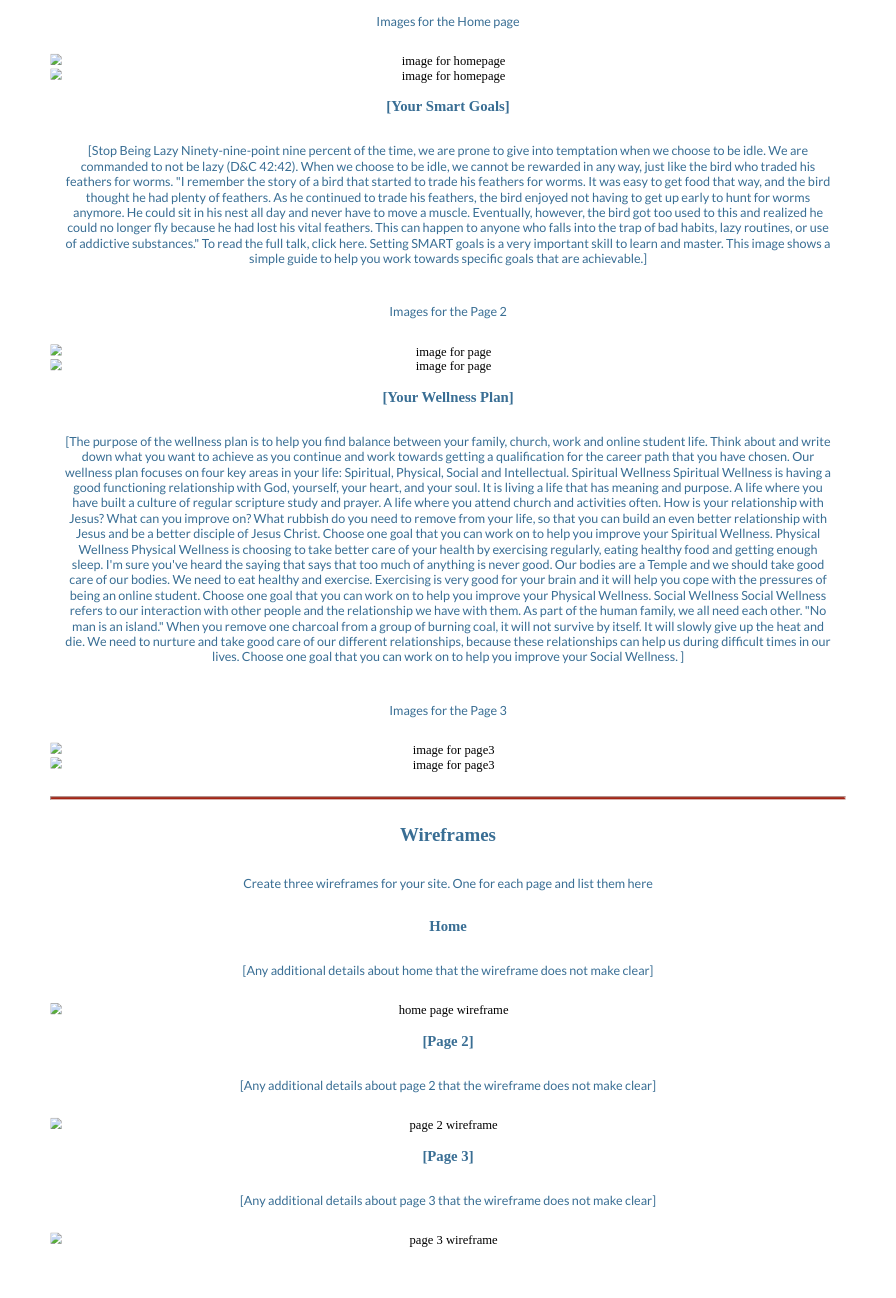
Repository: mszakutumela/wdd130
Page: wellness_plan/site-plan.html
The author's editor kept a copy of each file at every save. The page is drawn from the files as they stood at one save, then again after a run of saves.
The browser window is 1280 px wide. The pictures show the part of the page from y = 3067 to 4987 px (the page is 4921 px tall before and 4987 px after), at 70% of full size.
Some web fonts or font styles are not loaded; a fallback is used.

Above is the page before, as saved 2023-07-14 22:43:13.

### wellness_plan/site-plan.html

<!DOCTYPE html>
<html lang="en-us">

  <head>
    <meta charset="utf-8">
    <title>Site Plan</title>
    <link type="text/css" rel="stylesheet" href="styles/site-plan.css">
  </head>

  <body>
    <header>
      <h1>[Wellness Plan] Site Plan</h1>
      <h2>Ayanda Ndlovu</h2>
      <h2>WDD 130-[W07-W08]</h2>
      <!-- In the header above, add the name or your site, your name and class number. For example if you are in section 3 you would put WDD 130.03 -->
    </header>
    <main>

      <!-- ------------------------Steps 2-3------------------------------ -->
      <hr>
      <h2>Overview</h2>
      <h3>Purpose</h3>
      <p>[The purpose of this website is to educate BYU Pathway World Wide online students around the world about a "Wellness Plan". For them <br>
        to know what it is and how it can help them. We know that furthering one's studies is not easy and it can <br>
        be very challenging. We are here help you create your own Wellness Plan for your academic and career success.]</p>  <!-- change this -->


      <h3>Audience</h3>
      <p>[BYU Pathway World Wide online students around the world who are studying to get a qualification for their chosen career path.]</p>  <!-- change this -->

      <hr>
      <h2>Branding</h2>
      <h3>Website Logo</h3>
      <!-- Replace this with some sort of logo for your site.  A logo can be as simple as the name of your site in a nice font :) -->
      <img src="images/logo 1.png" alt="Logo image">
      <hr>
      <h2>
        Style Guide
      </h2>

      <!-- ------------------------Steps 4-8------------------------------ -->

      <h3>
        Color Palette
      </h3>
      <!--  The colors you choose for a website are one of the most important decisions you will make. Follow the instructions on the activity in iLearn then return and replace the color codes below with the hex color codes (the 6 digit numbers that show at the bottom of each color) for the colors you have chosen below.  You should have at least 2 colors but do not have to fill in all 4 if you do not need them.  -->

      <!-- Copy and paste the URL to your finished palette below Make sure to paste it into both spots -->
      Palette URL: <a href="https://coolors.co/396e94-e7c24f-a43312-381d2a-aabd8c" target="_blank">https://coolors.co/396e94-e7c24f-a43312-381d2a-aabd8c</a>


      <table class="colors">
        <tr><th>Primary</th><th>Secondary</th><th>Accent 1</th><th>Accent 2</th></tr>
        <!-- Replace the numbers in the boxes below with your hex color codes. Then switch to the site-plan.css file and change your colors there as well. -->
        <tr><td class="primary">[#327570]</td><td class="secondary">[#b4f7f1]</td><td class="accent1">[#69f5ea]</td><td class="accent2">[#53c2b0]</td></tr>
      </table>

      <!-- ------------------------Step 9------------------------------ -->

      <h3>
        Typography
      </h3>
      <!-- Choose a font for your paragraphs (body copy) and headlines. What font(s) have you chosen? Why did you choose what you did?  Make sure to review the list of web safe fonts at W3Schools.org as a starting point.  Think also about which of your colors above you might use for background and font colors. -->

      <h4>
        Heading Font: [Arial]  <!-- change this -->
      </h4>
      <h4>
        Paragraph Font: [Tahoma]  <!-- change this -->
      </h4>
      <h3>
        Normal paragraph example
      </h3>
      <p>
        Lorem ipsum dolor sit amet, consectetur adipiscing elit, sed do eiusmod tempor incididunt ut labore et dolore magna aliqua. Ut enim ad minim veniam, quis nostrud exercitation ullamco laboris nisi ut aliquip ex ea commodo consequat. Duis aute irure dolor in reprehenderit in voluptate velit esse cillum dolore eu fugiat nulla pariatur. Excepteur sint occaecat cupidatat non proident, sunt in culpa qui officia deserunt mollit anim id est laborum.
      </p>
      <h3>
        Colored paragraph example
      </h3>
      <p class="colored">
        Lorem ipsum dolor sit amet, consectetur adipiscing elit, sed do eiusmod tempor incididunt ut labore et dolore magna aliqua. Ut enim ad minim veniam, quis nostrud exercitation ullamco laboris nisi ut aliquip ex ea commodo consequat.
      </p>

      <!-- ------------------------Step 10------------------------------ -->

      <h3>
        Navigation
      </h3>
      <!-- Think about how you want your navigation bar to look. In the site-plan.css file change the colors to your colors to get the look you desire. -->
      <nav>
        <a href="#">Home</a>
        <a href="#">Your Smart Goals </a>
        <a href="#">Your Wellness Plan</a>
      </nav>
      <hr>
      <h2>
        Site Map
      </h2>
      <div class="sitemap">
        <div class="sm-home">
          Home
        </div>
        <div class="sm-page2">
          [Your Smart Goals] <!-- change this -->
        </div>
        <div class="sm-page3">
          [Your Wellness Plan]  <!-- change this -->
        </div>

        <div class="top">
          &nbsp;
        </div>
        <div class="left">
          &nbsp;
        </div>
        <div class="right">
          &nbsp;
        </div>

      </div>

      <!-- --------Content Section -------------- -->
      <hr>
      <h2>
        Content
      </h2>
      <h3>Home page</h3>
      <p>
        [Welcome to our website. We hope that you will enjoy your visit with us.
        Depending on your needs, we hope that we can assist you in improving and
        in helping you to coordinate your health and wellness in a productive way
        so that you are able to successfully reach your academic and career goals.
        You have the power and control over your health and wellness. We believe
        that as a child God, you have the potential with the Lord's help to become
        so much more than what you envision for yourself and life.
        You have probably reached our website because you have successfully completed
        the BYU Pathway Connect World Wide online program. You are now ready to continue
        your online studies by working towards getting a qualification in your chosen career
        field at BYU-Idaho.
        As you continue to invite Jesus in your online student life and ask Him to help you.
        Through your faith, obedience and diligence, you will receive the help that you need,
        in the same way that the prophet Nephi of old did. He did not know what to do and the
        Spirit was able to help direct him (1 Nephi 4:6). You can also get the same direction
        as you create a new wellness plan or as you improve on the one you created during your
        online studies in the BYU Pathway Connect World Wide program.]
      </p>
      <p>Images for the Home page</p>
        <img src="#" alt="image for homepage">
        <img src="#" alt="image for homepage">

      </ul>
      <h3>[Your Smart Goals]</h3>
      <p>
        [Stop Being Lazy
        Ninety-nine-point nine percent of the time, we are prone to give into temptation when we choose
        to be idle. We are commanded to not be lazy (D&C 42:42). When we choose to be idle, we cannot be
        rewarded in any way, just like the bird who traded his feathers for worms.
        "I remember the story of a bird that started to trade his feathers for worms. It was easy to get
        food that way, and the bird thought he had plenty of feathers. As he continued to trade his feathers,
        the bird enjoyed not having to get up early to hunt for worms anymore. He could sit in his nest all day
        and never have to move a muscle. Eventually, however, the bird got too used to this and realized he could
        no longer fly because he had lost his vital feathers. This can happen to anyone who falls into the trap of
        bad habits, lazy routines, or use of addictive substances."
        To read the full talk, click here.
        Setting SMART goals is a very important skill to learn and master. This image shows a simple guide to help
        you work towards specific goals that are achievable.]
      </p>
      <p>Images for the Page 2</p>
        <img src="#" alt="image for page">
        <img src="#" alt="image for page">

      </ul>
      <h3>[Your Wellness Plan]</h3>
      <p>
        [The purpose of the wellness plan is to help you find balance between your family, church, work and
        online student life. Think about and write down what you want to achieve as you continue and work towards
        getting a qualification for the career path that you have chosen. Our wellness plan focuses on four key
        areas in your life: Spiritual, Physical, Social and Intellectual.

        Spiritual Wellness
        Spiritual Wellness is having a good functioning relationship with God, yourself, your heart, and your soul.
        It is living a life that has meaning and purpose. A life where you have built a culture of regular scripture
        study and prayer. A life where you attend church and activities often. How is your relationship with Jesus?
        What can you improve on? What rubbish do you need to remove from your life, so that you can build an even better
        relationship with Jesus and be a better disciple of Jesus Christ. Choose one goal that you can work on to help you
        improve your Spiritual Wellness.

        Physical Wellness
        Physical Wellness is choosing to take better care of your health by exercising regularly, eating healthy food and
        getting enough sleep. I'm sure you've heard the saying that says that too much of anything is never good. Our bodies
        are a Temple and we should take good care of our bodies. We need to eat healthy and exercise. Exercising is very good
        for your brain and it will help you cope with the pressures of being an online student. Choose one goal that you can
        work on to help you improve your Physical Wellness.

        Social Wellness
        Social Wellness refers to our interaction with other people and the relationship we have with them. As part of the human
        family, we all need each other. "No man is an island." When you remove one charcoal from a group of burning coal, it will
        not survive by itself. It will slowly give up the heat and die. We need to nurture and take good care of our different
        relationships, because these relationships can help us during difficult times in our lives. Choose one goal that you can
        work on to help you improve your Social Wellness.




]
      </p>
      <p>Images for the Page 3</p>
        <img src="#" alt="image for page3">
        <img src="#" alt="image for page3">

      </ul>
      <hr>
      <h2>
        Wireframes
      </h2>
      <p>
        Create three wireframes for your site. One for each page and list them here</p>

      <h3>Home</h3>
      <p>
        [Any additional details about home that the wireframe does not make clear]
      </p>
      <img src="#" alt="home page wireframe">

      <h3>[Page 2]</h3>
      <p>
        [Any additional details about page 2 that the wireframe does not make clear]
      </p>
      <img src="#" alt="page 2 wireframe">

      <h3>[Page 3]</h3>
      <p>
        [Any additional details about page 3 that the wireframe does not make clear]
      </p>
      <img src="#" alt="page 3 wireframe">
    </main>
  </body>

</html>

### wellness_plan/styles/site-plan.css
/* if you are using any Google fonts change the font names below to your fonts.
Any spaces in your font name should be replaced with a +.
Fonts are separated by a | */
@import url('https://fonts.googleapis.com/css?family=IM+Fell+French+Canon+SC|Lato');

:root {
  /* change the values below to your colors from your palette */
  --primary-color: #396E94   ;
  --secondary-color: #E7C24F ;
  --accent1-color: #A42212;
  --accent2-color: white;

  /* change the values below to your chosen font(s) */
  --heading-font: "IM Fell French Canon SC";
  --paragraph-font: Lato, Helvetica, sans-serif;

  /* these colors below should be chosen from among your palette colors above */
  --headline-color-on-white: #396E94;  /* headlines on a white background */
  --headline-color-on-color: white; /* headlines on a colored background */
  --paragraph-color-on-white: #396E94; /* paragraph text on a white background */
  --paragraph-color-on-color: white; /* paragraph text on a colored background */
  --paragraph-background-color: #396E94  ;
  --nav-link-color: #396E94;
  --nav-background-color: #D4AC0D;
  --nav-hover-link-color: white;
  --nav-hover-background-color: #396E94;
}


/*  Look around below...but DON'T CHANGE ANYTHING! */

body {
  max-width: 1200px;
  margin: 0 auto;
  padding: 4em;
  font-size: 18px;
  text-align: center;
}
img {
  display: block;
  margin: 0 auto;
}
h1, h2, h3, h4, h5, h6 {
  font-family: var(--heading-font);
  color: var(--headline-color-on-white);
}
h2 {
  text-align: center;
}
hr {
  height: 3px;
  margin: 35px 0;
  background: var(--accent1-color);
}
header {
  padding: 1em;
  text-align: center;
  color: var(--headline-color-on-color);
  background-color: var(--paragraph-background-color);
}
header > h1, header > h2 {
  color: var(--headline-color-on-color);
}

p {
  font-family: var(--paragraph-font);
  color: var(--paragraph-color-on-white);
  padding: 1em;
}
.colors {
  width: 100%;
  min-width: 350px;
  margin: 30px auto;
  text-align: center;
}
.colors th {
  background-color: #999;
}
.colors td{
  width: 25%;
  height: 3em;
}

.primary {
  background-color: #327570;
}
.secondary {
  background-color: #b4f7f1;
}
.accent1 {
  background-color: #69f5ea;
}
.accent2{
  background-color: var(#53c2b9);
}

p.colored {
  background-color: var(--paragraph-background-color);
  color: var(--paragraph-color-on-color);
}

nav {
  background-color: var(--nav-background-color);
  line-height: 3em;
  text-align: center;
  font-size: 1.2em;
}
nav  {
  list-style-type: none;
  display: flex;

}
nav a {
  padding:1em;
  min-width: 120px;
  text-decoration: none;
  padding: 10px;

}
nav a:link, nav a:visited {
  color: var(--nav-link-color);
}
nav a:hover {
  color: var(--nav-hover-link-color);
  background-color: var(--nav-hover-background-color);
}

.sitemap {
  display: grid;
  justify-content: center;

  grid-template-columns: repeat(6, 15%);
  grid-template-rows: 3em 1.5em 1.5em 3em;
  grid-template-areas: ". . home home . ."
    ". . . top . ."
    ". left left right right ."
    "page2 page2 . . page3 page3";
}
.sitemap > div {

  text-align: center;

}
.sm-home {
  grid-area: home;
  background-color: #ccc;
  line-height: 3em;
}
.sm-page2 {
  grid-area: page2;
  background-color: #ccc;
  line-height: 3em;
}
.sm-page3 {
  grid-area: page3;
  background-color: #ccc;
  line-height: 3em;
}

.top {
  grid-area: top;
  border-left: 1px solid;
}

.left {
  grid-area: left;
  border-top: 1px solid;
  border-left: 1px solid;
}

.right {
  grid-area: right;
  border-top: 1px solid;
  border-right: 1px solid;
}

After the next 5 saves:
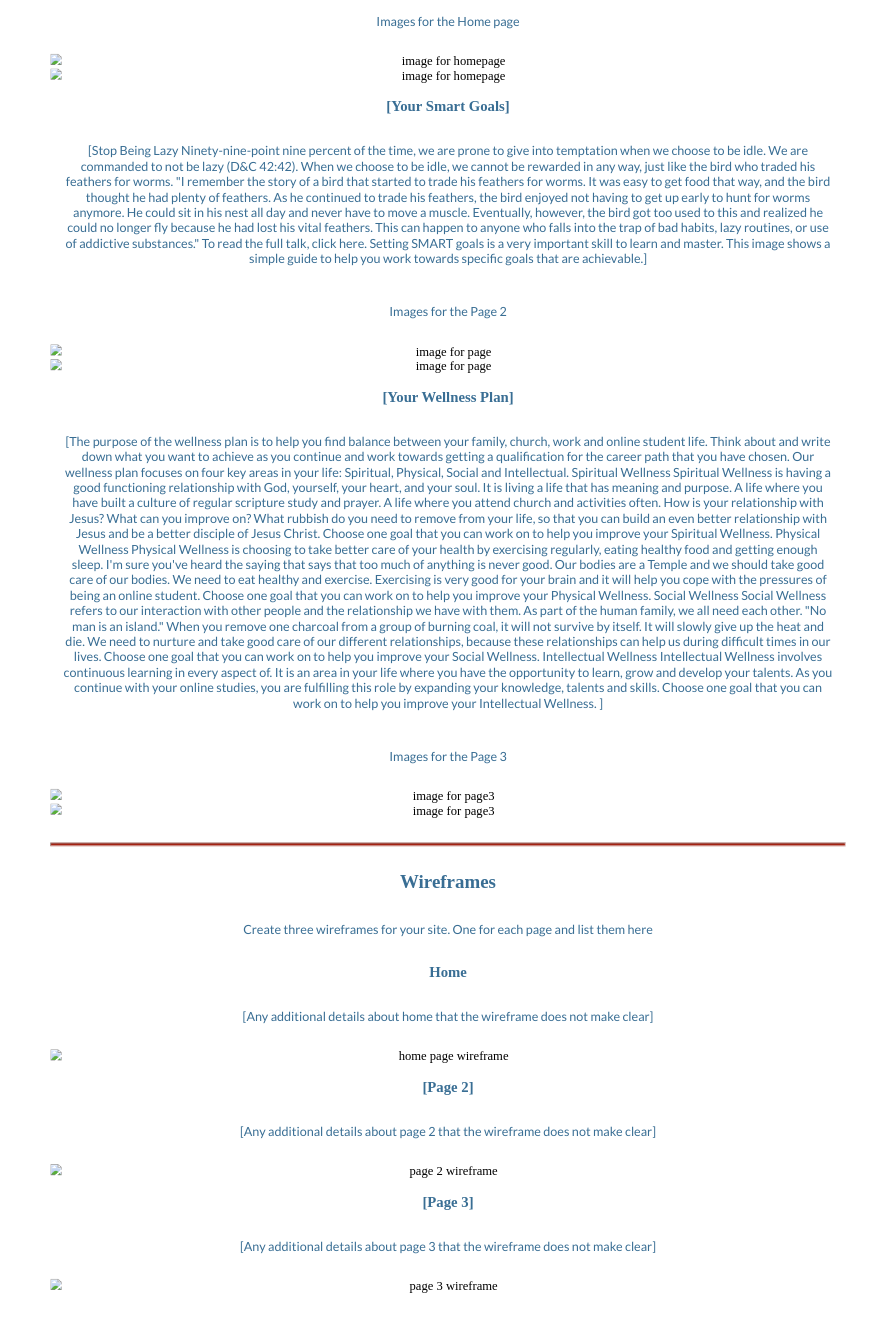
The 5 saves are shown as one change because they came seconds apart.
The last was saved 23 s later.
--- a/wellness_plan/site-plan.html
+++ b/wellness_plan/site-plan.html
@@ -200,6 +200,10 @@
         relationships, because these relationships can help us during difficult times in our lives. Choose one goal that you can
         work on to help you improve your Social Wellness.
 
+        Intellectual Wellness
+        Intellectual Wellness involves continuous learning in every aspect of. It is an area in your life where you have the opportunity
+        to learn, grow and develop your talents. As you continue with your online studies, you are fulfilling this role by expanding your
+        knowledge, talents and skills. Choose one goal that you can work on to help you improve your Intellectual Wellness.
 
 
 
